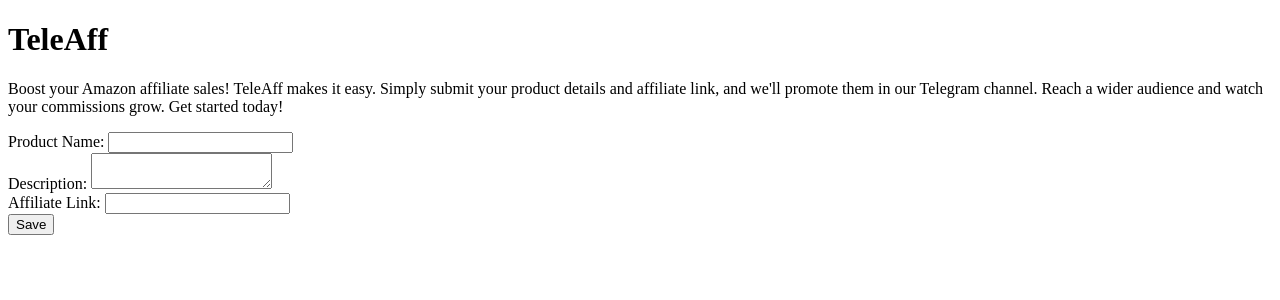
Repository: Natnael12119/TeleAff
Page: views/productForm.html
An editor plug-in stored every save of this project. The page is shown before and after the next save, followed by the edit.
The browser window is 1280 px wide. The pictures show the whole page.

Above is the page before, as saved 2024-04-18 18:10:27.

After the next save:
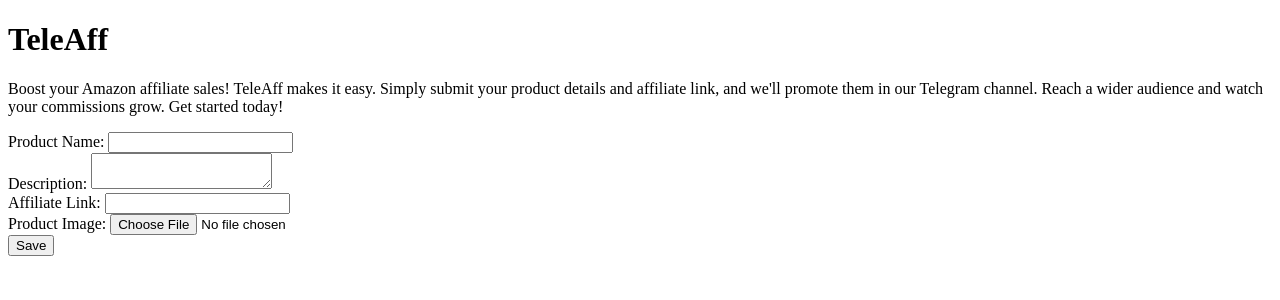
Saved 26 s later.
--- a/views/productForm.html
+++ b/views/productForm.html
@@ -23,6 +23,11 @@
                 <input type="text" id="affiliateLink" name="affiliateLink" class="form-control">
             </div>
 
+            <div class="form-group">
+                <label for="productImage">Product Image:</label>
+                <input type="file" id="productImage" name="productImage" class="form-control">
+            </div>
+
             <button type="submit" class="btn">Save</button>
         </form>
 
